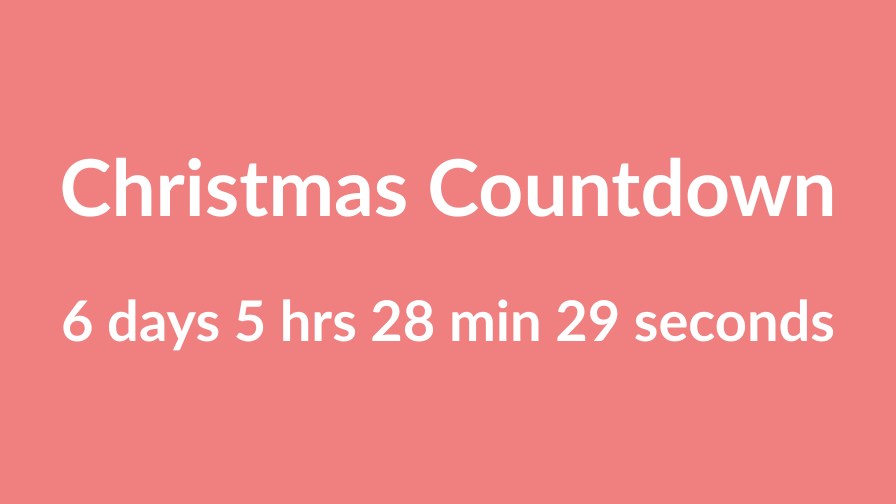
Repository: notMaximilian/countdown-timer
Page: index.html
The author's editor kept a copy of each file at every save. The page is drawn from the files as they stood at one save, then again after a run of saves.
The browser window is 1280 px wide. The pictures show the whole page, at 70% of full size.

Above is the page before, as saved 2021-12-18 18:59:21.

### index.html
<html lang="en">
    <head>
        <meta charset="utf-8"/>
        <title>Christmas Countdown</title>
        <link rel="stylesheet" href="styles.css"/>
    </head>
    <body>
        <h1 id="main-text">Christmas Countdown</h1>
        <h1 id="time-left"></h1>
        <script src="app.js"></script>
    </body>
</html>

### styles.css
body{
    background-color: lightcoral;
    text-align: center;
    color:white;
    margin:5x;
    font-family: 'Trebuchet MS', 'Lucida Sans Unicode', 'Lucida Grande', 'Lucida Sans', Arial, sans-serif;
}

#main-text{
    font-size: 700%;
    padding-top: 15%;
}

#time-left{
    font-size:  500%;
}

### app.js
const timeLeft = document.getElementById('time-left')
let timerId;
//Units of time
const second = 1000
const minute = second * 60
const hour = minute * 60
const day = hour * 24

const christmas = new Date('12/25/2021')

function countdown(){
    const today = new Date();
    const timeSpan = christmas - today;

    if(timeSpan <= -day){
        timeLeft.innerHTML("I hope you had a Merry Christmas!!!")
        clearInterval(timerId)
        return
    }

    if (timeSpan <= 0){
        timeLeft.innerHTML("Merry Christmas!!!")
        clearInterval(timerId)
        return
    }

    const days = Math.floor(timeSpan / day)
    const hours = Math.floor((timeSpan % day) / hour)
    const minutes = Math.floor((timeSpan % hour) / minute)
    const seconds = Math.floor((timeSpan % minute) / second)

    timeLeft.innerHTML = days + " days " + hours + " hrs " + minutes + " min " + seconds + " seconds"

}

timerId = setInterval(countdown, second)

After the next 2 saves:
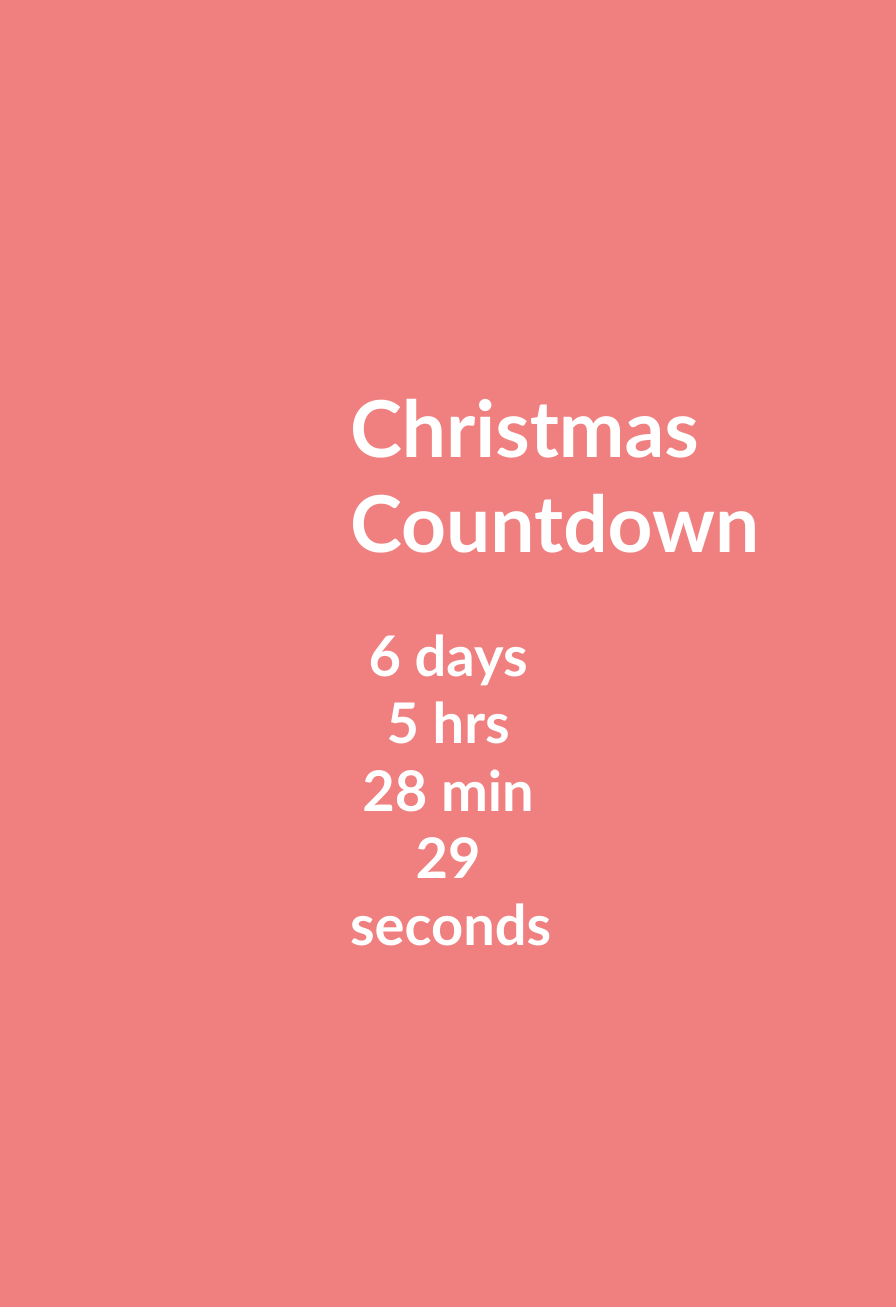
The 2 saves are shown as one change because they came seconds apart.
The last was saved 11 s later.
--- a/styles.css
+++ b/styles.css
@@ -2,7 +2,7 @@ body{
     background-color: lightcoral;
     text-align: center;
     color:white;
-    margin:5x;
+    margin:500px;
     font-family: 'Trebuchet MS', 'Lucida Sans Unicode', 'Lucida Grande', 'Lucida Sans', Arial, sans-serif;
 }
 
